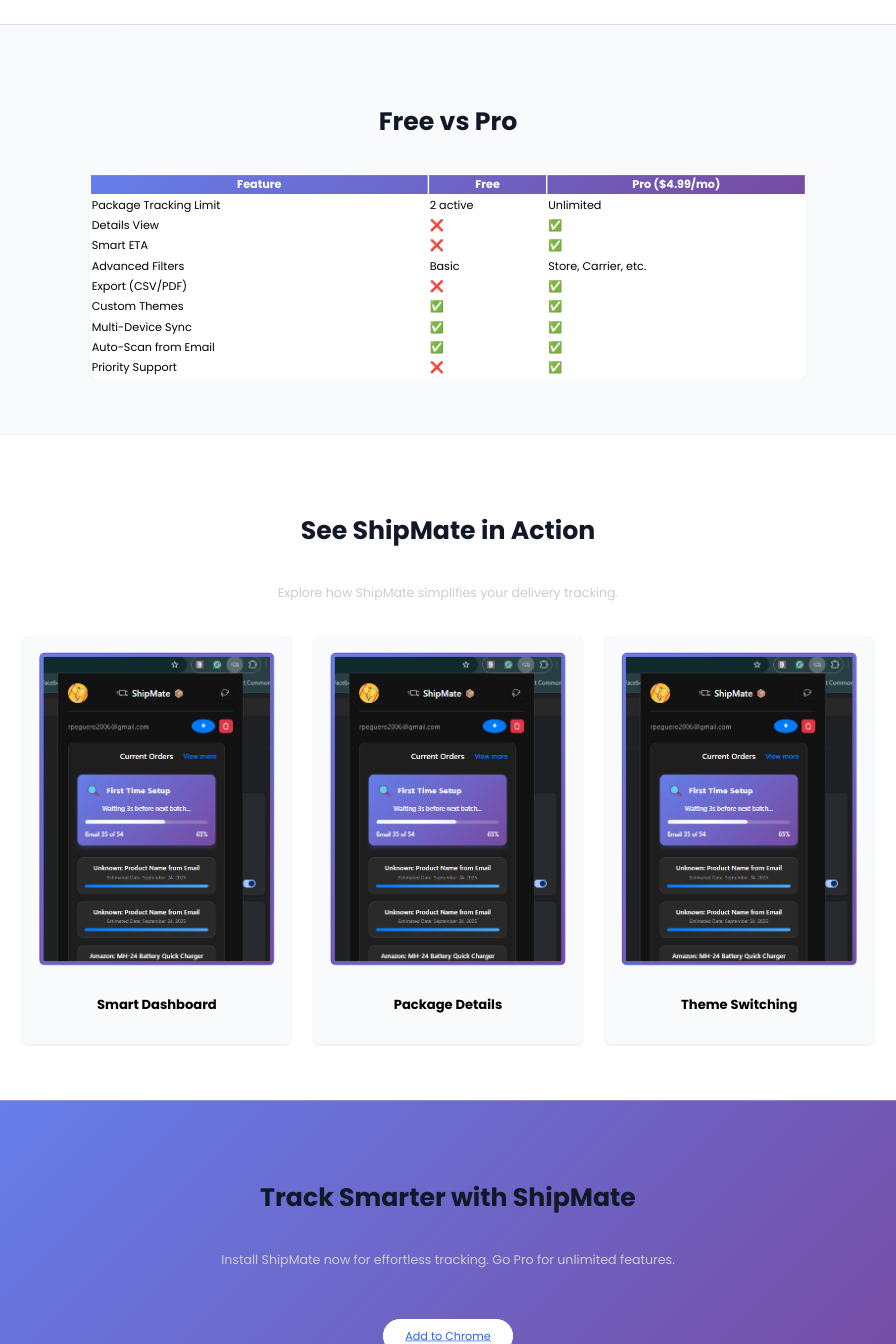
Repository: epeguero8311/shipmate-website
Page: index.html
The author's editor kept a copy of each file at every save. The page is drawn from the files as they stood at one save, then again after the next save.
The browser window is 1280 px wide. The pictures show the part of the page from y = 973 to 2893 px (the page is 3123 px tall before and 3442 px after), at 70% of full size.

Above is the page before, as saved 2025-10-26 20:08:17.

After the next save:
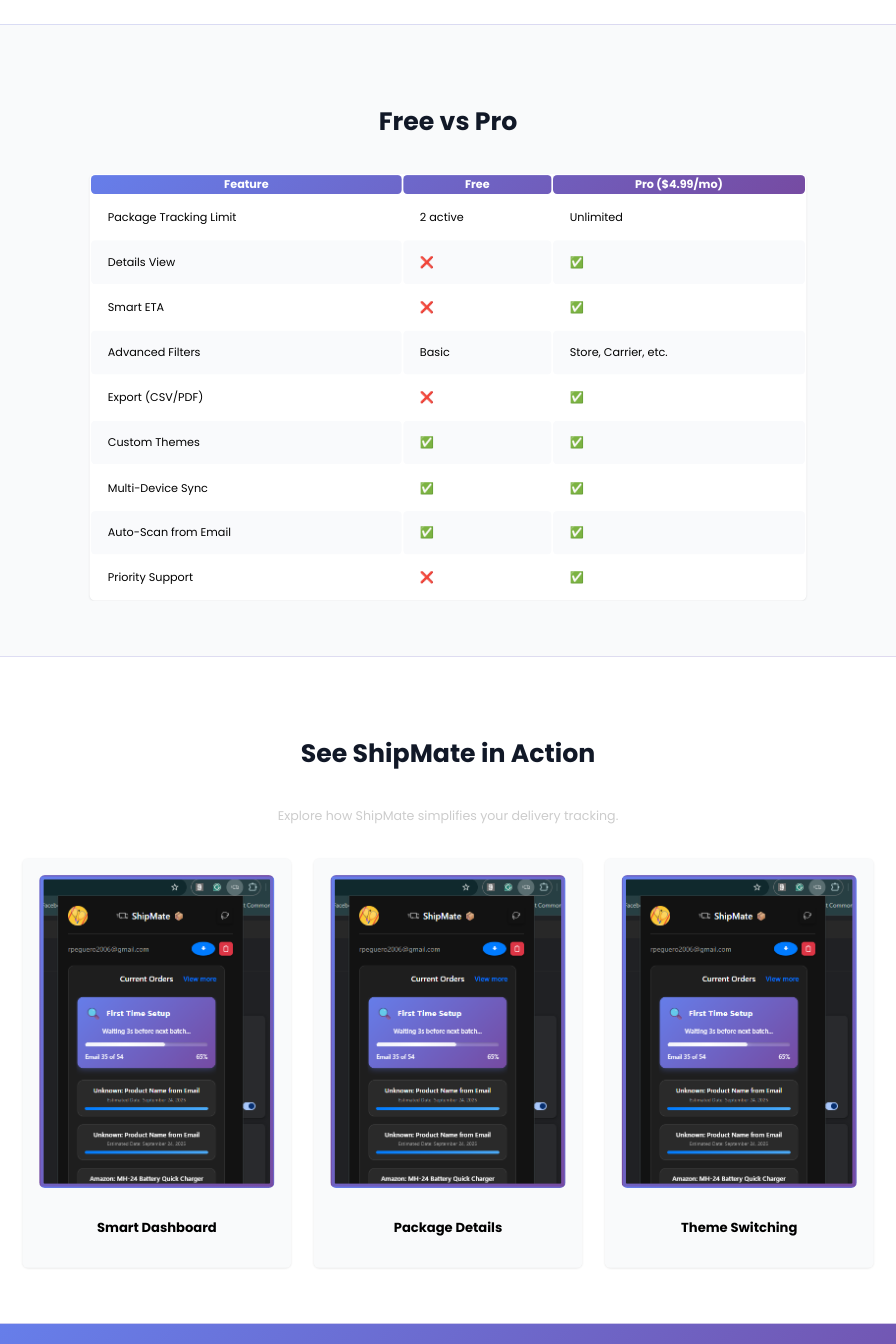
Saved 3 min 38 s later.
--- a/styles.css
+++ b/styles.css
@@ -237,6 +237,30 @@
   border-bottom: 1px solid #E5E7EB;
 }
 
+.table tbody tr {
+  height: auto; /* allow flexible row height */
+}
+
+.table tbody tr td,
+.table tbody tr th {
+  padding: 1.2rem 1.5rem; /* more vertical + horizontal padding */
+  line-height: 1.5;       /* increase line height for readability */
+}
+
+.table tbody tr:not(:last-child) {
+  border-bottom: 1px solid #e5e7eb; /* subtle separation between rows */
+}
+
+/* Optional: alternating row color for clarity */
+.table tbody tr:nth-child(even) {
+  background-color: #f9fafc;
+}
+
+/* Optional: slightly rounded cells for a modern look */
+.table td, .table th {
+  border-radius: 6px;
+}
+
 .text-center {
   text-align: center;
 }
